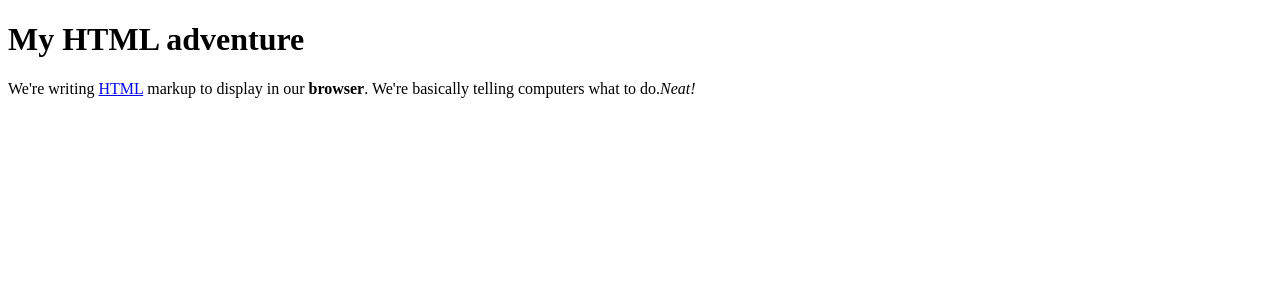
Repository: peterclermy232/phase-0-the-dom-editing-lab
Page: index.html
An editor plug-in stored every save of this project. The page is shown before and after a run of saves, followed by the edit.
The browser window is 1280 px wide. The pictures show the whole page.

Above is the page before, as saved 2022-06-02 19:15:34.

### index.html
<!-- Write your code here! -->
<!DOCTYPE html>
<html lang="en">
<head>
    <meta charset="UTF-8">
    <meta http-equiv="X-UA-Compatible" content="IE=edge">
    <meta name="viewport" content="width=device-width, initial-scale=1.0">
    <title>Introduction to the DOM Lab</title>
</head>
<body>
    <h1>My HTML adventure</h1>
    <p>
        We're writing
        <a href="https://developer.mozilla.org/en-US/docs/Web/HTML"> HTML</a> markup to display in our <strong>browser</strong>.
        We're basically telling computers what to do.<em>Neat!</em>
    </p>
</body>
</html>

After the next 2 saves:
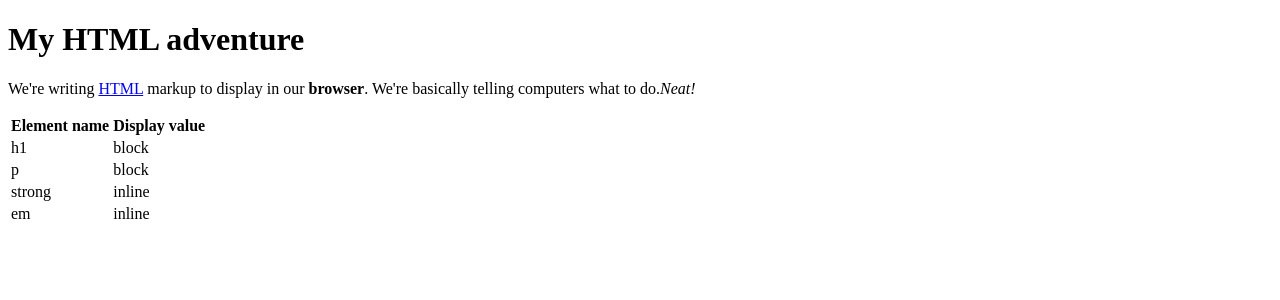
The 2 saves are shown as one change because they came seconds apart.
The last was saved 25 s later.
--- a/index.html
+++ b/index.html
@@ -14,5 +14,31 @@
         <a href="https://developer.mozilla.org/en-US/docs/Web/HTML"> HTML</a> markup to display in our <strong>browser</strong>.
         We're basically telling computers what to do.<em>Neat!</em>
     </p>
+    <table>
+        <thead>
+          <tr>
+            <th>Element name</th>
+            <th>Display value</th>
+          </tr>
+        </thead>
+        <tbody>
+          <tr>
+            <td>h1</td>
+            <td>block</td>
+          </tr>
+          <tr>
+            <td>p</td>
+            <td>block</td>
+          </tr>
+          <tr>
+            <td>strong</td>
+            <td>inline</td>
+          </tr>
+          <tr>
+            <td>em</td>
+            <td>inline</td>
+          </tr>
+        </tbody>
+      </table>
 </body>
 </html>
